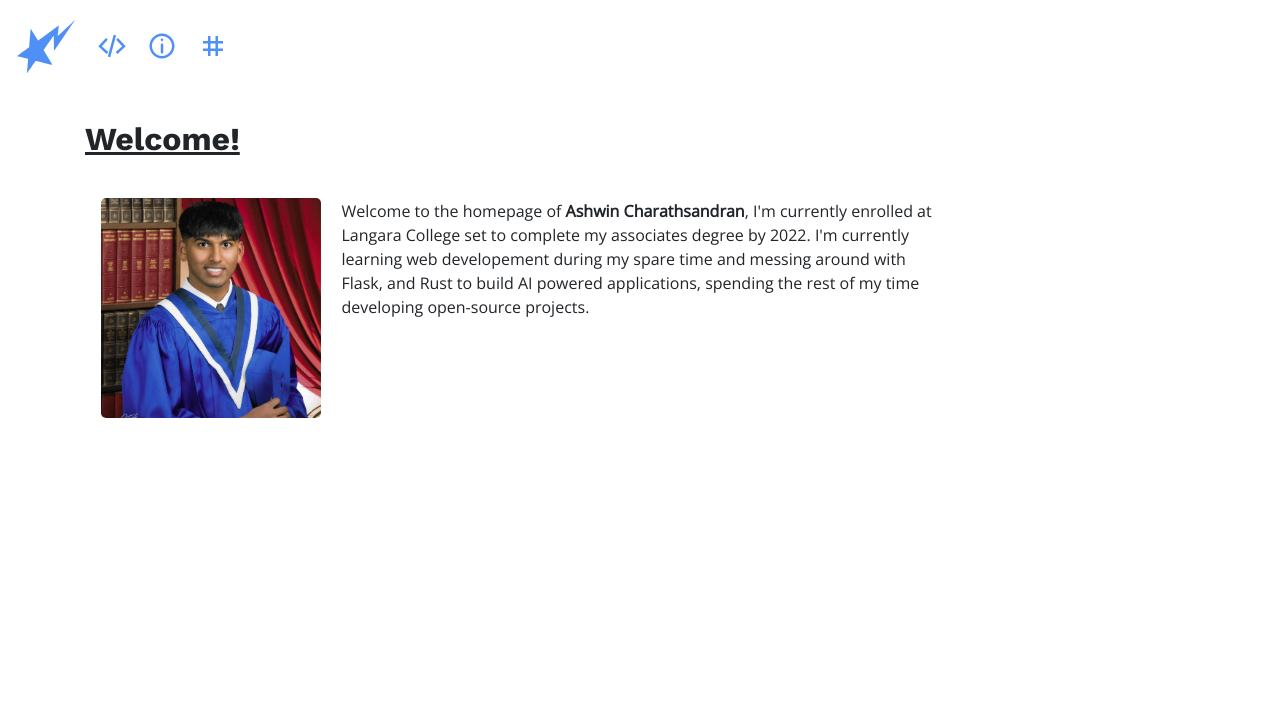
Repository: xxiz/ashwin.lol_flask
Page: http://localhost/
These files come from the project's save history. The page is drawn as it stood at one moment and after a run of saves; the edit follows.
The browser window is 1280 px wide. The pictures show the whole page.
The page is served by the project's application, run on Flask 3 (app.py).

Above is the page before, as saved 2021-09-03 07:03:05.

### templates/index.html
{% extends 'base.html'%}
{% block content %}
<br>
    <h1>Welcome!</h1>
    <img class="me" src="/static/me.jpg" alt="A picture of myself">
    <p class="confined">Welcome to the homepage of <b>Ashwin Charathsandran</b>, I'm currently enrolled at Langara College set to complete my associates degree by 2022. I'm currently learning web developement during my spare time and messing around with Flask, and Rust to build AI powered applications, spending the rest of my time developing open-source projects.</p>
    <div class="row">
    {% for project in sample_projects %}
    <div class="col-sm-6">
      <div class="card">
        <div class="card-body">
          <h5 class="card-title">{{ project.title }}</h5>
          <p class="card-text">{{ project.description }}</p>
          <a href="#" class="btn btn-primary">{{ project.image_url }}</a>
        </div>
      </div>
    </div>
    {% endfor %}
    </div>
{% endblock %}

### templates/base.html
<!DOCTYPE html>
<html lang="en">
<head>
    <meta charset="UTF-8">
    <meta http-equiv="X-UA-Compatible" content="IE=edge">
    <meta name="viewport" content="width=device-width, initial-scale=1.0">
    <meta name="viewport" content="width=device-width, initial-scale=1">
    <link rel="stylesheet" href="https://stackpath.bootstrapcdn.com/bootstrap/4.1.3/css/bootstrap.min.css" integrity="sha384-MCw98/SFnGE8fJT3GXwEOngsV7Zt27NXFoaoApmYm81iuXoPkFOJwJ8ERdknLPMO" crossorigin="anonymous">
    <link href='https://css.gg/home-alt.css' rel='stylesheet'>
    <link rel="stylesheet" href="static/app.css">
    <title>{{ title }}</title>
</head>
<body>
  <header>
    <nav>
      <!-- SVG's provided by https://css.gg/ and https://www.pinterest.ca/pin/502432902151236766/
           these images are not mine and I simply modified them.
      -->
      <a class="logo" href="/">
        <svg id="svg" xmlns="http://www.w3.org/2000/svg" xmlns:xlink="http://www.w3.org/1999/xlink" viewBox="0, 0, 400,400"><g id="svgg"><path id="path0" d="M375.404 43.010 C 366.024 51.806,347.525 69.114,334.297 81.472 C 321.068 93.829,303.241 110.484,294.681 118.483 C 286.121 126.482,278.911 132.820,278.658 132.567 C 278.241 132.149,284.716 69.460,285.588 65.478 C 285.791 64.550,285.639 63.790,285.251 63.790 C 284.648 63.790,260.992 80.890,237.523 98.291 C 227.623 105.631,148.371 163.243,147.334 163.854 C 146.751 164.197,138.491 151.049,123.021 125.151 C 98.113 83.455,97.570 82.612,97.546 85.580 C 97.537 86.597,97.035 93.171,96.430 100.188 C 95.824 107.205,94.649 121.220,93.817 131.332 C 92.986 141.445,91.633 157.655,90.811 167.355 C 89.989 177.054,88.915 190.160,88.425 196.477 C 87.935 202.795,87.173 208.400,86.731 208.934 C 85.375 210.573,15.246 261.837,10.457 264.690 C 7.982 266.164,6.052 267.463,6.168 267.576 C 6.284 267.690,11.276 268.981,17.261 270.446 C 58.961 280.654,79.884 285.969,80.349 286.471 C 80.645 286.792,79.104 308.161,76.923 333.959 C 74.743 359.756,73.037 380.949,73.132 381.055 C 73.227 381.161,86.102 363.134,101.743 340.997 C 117.384 318.859,130.527 300.273,130.950 299.695 C 131.591 298.819,138.848 300.405,174.490 309.212 C 232.789 323.618,241.800 325.782,242.458 325.539 C 242.770 325.423,229.838 303.377,213.719 276.548 C 197.601 249.719,184.258 227.206,184.069 226.520 C 183.768 225.431,245.875 136.802,249.908 132.565 C 251.796 130.581,252.035 135.511,252.617 188.555 C 252.883 212.805,253.310 232.629,253.567 232.609 C 253.824 232.589,259.323 224.737,265.789 215.160 C 272.254 205.584,296.196 170.394,318.994 136.961 C 341.791 103.527,364.809 69.756,370.144 61.914 C 375.479 54.071,383.015 43.011,386.889 37.336 C 390.764 31.660,393.603 27.017,393.197 27.017 C 392.792 27.017,384.785 34.214,375.404 43.010 " stroke="none" fill="#4f90f7" fill-rule="evenodd"></path></g></svg></a>
      <a href="/projects"><?xml version="1.0" encoding="UTF-8"?><svg viewBox="0 0 24 24" xmlns="http://www.w3.org/2000/svg"><path d="m13.325 3.0501-4.6576 17.382 1.9319 0.5176 4.6575-17.382-1.9318-0.51764z" fill="currentColor"/><path d="m7.612 18.361 1.3594-1.4484-5e-4 -0.0191-5.0943-4.7812 4.7904-5.1041-1.4583-1.3687-6.1591 6.5624 6.5624 6.1591z" fill="currentColor"/><path d="m16.388 18.361-1.3594-1.4484 5e-4 -0.0191 5.0943-4.7812-4.7904-5.1041 1.4583-1.3687 6.1591 6.5624-6.5624 6.1591z" fill="currentColor"/></svg></a>
      <a href=""><?xml version="1.0" encoding="UTF-8"?><svg viewBox="0 0 24 24" xmlns="http://www.w3.org/2000/svg"><path d="m11 10.979c0-0.5523 0.4477-1 1-1s1 0.44773 1 1v6c0 0.5523-0.4477 1-1 1s-1-0.4477-1-1v-6z" fill="currentColor"/><path d="m12 6.0512c-0.5523 0-1 0.44771-1 1 0 0.55228 0.4477 1 1 1s1-0.44772 1-1c0-0.55229-0.4477-1-1-1z" fill="currentColor"/><path d="m12 2c-5.5228 0-10 4.4772-10 10 0 5.5228 4.4772 10 10 10 5.5228 0 10-4.4772 10-10 0-5.5228-4.4772-10-10-10zm-8 10c0 4.4183 3.5817 8 8 8 4.4183 0 8-3.5817 8-8 0-4.4183-3.5817-8-8-8-4.4183 0-8 3.5817-8 8z" clip-rule="evenodd" fill="currentColor" fill-rule="evenodd"/></svg></a>
      <a href=""><?xml version="1.0" encoding="UTF-8"?><svg fill="none" viewBox="0 0 24 24" xmlns="http://www.w3.org/2000/svg"><path d="m8 4v4h-4v2h4v4h-4v2h4v4h2v-4h4v4h2v-4h4v-2h-4v-4h4v-2h-4v-4h-2v4h-4v-4h-2zm6 10v-4h-4v4h4z" clip-rule="evenodd" fill="currentColor" fill-rule="evenodd"/></svg></a>
    </nav>
  </header>
  <main>
    <div class="container">
      {% block content %} {% endblock %}
  </div>
  </main>
    <script src="https://code.jquery.com/jquery-3.3.1.slim.min.js" integrity="sha384-q8i/X+965DzO0rT7abK41JStQIAqVgRVzpbzo5smXKp4YfRvH+8abtTE1Pi6jizo" crossorigin="anonymous"></script>
    <script src="https://cdnjs.cloudflare.com/ajax/libs/popper.js/1.14.3/umd/popper.min.js" integrity="sha384-ZMP7rVo3mIykV+2+9J3UJ46jBk0WLaUAdn689aCwoqbBJiSnjAK/l8WvCWPIPm49" crossorigin="anonymous"></script>
    <script src="https://stackpath.bootstrapcdn.com/bootstrap/4.1.3/js/bootstrap.min.js" integrity="sha384-ChfqqxuZUCnJSK3+MXmPNIyE6ZbWh2IMqE241rYiqJxyMiZ6OW/JmZQ5stwEULTy" crossorigin="anonymous"></script>
</body>
</html>

### app.py
from flask import Flask, request
from web.content import index_page, projects_page
web = Flask(__name__)
web.config['SQLALCHEMY_TRACK_MODIFICATIONS'] = False

@web.route('/')
def index():
    return index_page()

@web.route('/projects')
def projects():
    return projects_page()

### web/content.py
from flask import render_template
import json

# Page Content
prefix = "Ashwin Charathsandran — "

# Meta Tags
preview_message = ""
preview_title = ""
preview_image = ""

with open('web/projects.json', 'r') as file:
    projects = json.load(file)

def index_page():
    return render_template('index.html',
    title = prefix + "Welcome!",
    preview_title = preview_title,
    preview_image = preview_image,
    preview_message = preview_message)

def projects_page():
    return render_template('projects.html',
    title = prefix + "Projects",
    items = projects,
    preview_title = preview_title,
    preview_image = preview_image,
    preview_message = preview_message)

### web/projects.json
[
        {
            "title": "Vernon",
            "description": "Quality-focused reboot composite",
            "image_url": "http://placeimg.com/640/480"
        },
        {
            "title": "Nolan",
            "description": "Multi-layered firmware",
            "image_url": "http://placeimg.com/640/480"
        },
        {
            "title": "Reyes",
            "description": "array national",
            "image_url": "http://placeimg.com/640/480"
        }
]

### static/app.css
@import url('https://fonts.googleapis.com/css2?family=Work+Sans:wght@400;700&display=swap');
@import url('https://fonts.googleapis.com/css2?family=Open+Sans&display=swap');

:root {
    --blue: #4f90f7;
    --red: #d93434;
}

h1 {
    font-family: 'Work Sans', sans-serif;
    font-weight: 700;
    padding-bottom: 0.5em; padding-top: 0.5em;
    text-decoration: underline;
    font-size: 32px;
}

p {
    font-family: 'Open Sans', sans-serif;
    font-weight: 400;
}

.confined {
    max-width: 600px;
    display: inline-block;
}

.me {
    display: inline-flexbox;
    max-width: 220px;
    border-radius: 5px;
    margin: 1em;
}

@media only screen and (max-width: 500px) {
    .me {
        max-width: 90%;
    }
}

a {
    text-decoration: none;
    color: var(--blue);
}

a:hover {
    animation: hover-effect 1s infinite linear;
}

.card {
    margin-bottom: 1.5em;
}

.description {
    padding-bottom: 0.5em;
    font-size: 18px;
}
nav {
    padding: 1em;
    overflow: hidden;
    position: fixed;
    top: 0;
    width: 100%;
}

nav a svg {
    width: 30px;
}

.navbar-logo {
    margin-right: 50px;
    width: 60px;
}

.nav-item {
    font-weight: 700;
}
main {
    padding-top: 80px;
}

.logo svg {
    width: 60px;
}

nav a  {
    padding-right: 1em;
}
@keyframes hover-effect {
    0% {
        color: var(--blue);
    }
    50% {
        color: var(--red);

    }
    100% {
        color: var(--blue);
    }
}

After the next 2 saves:
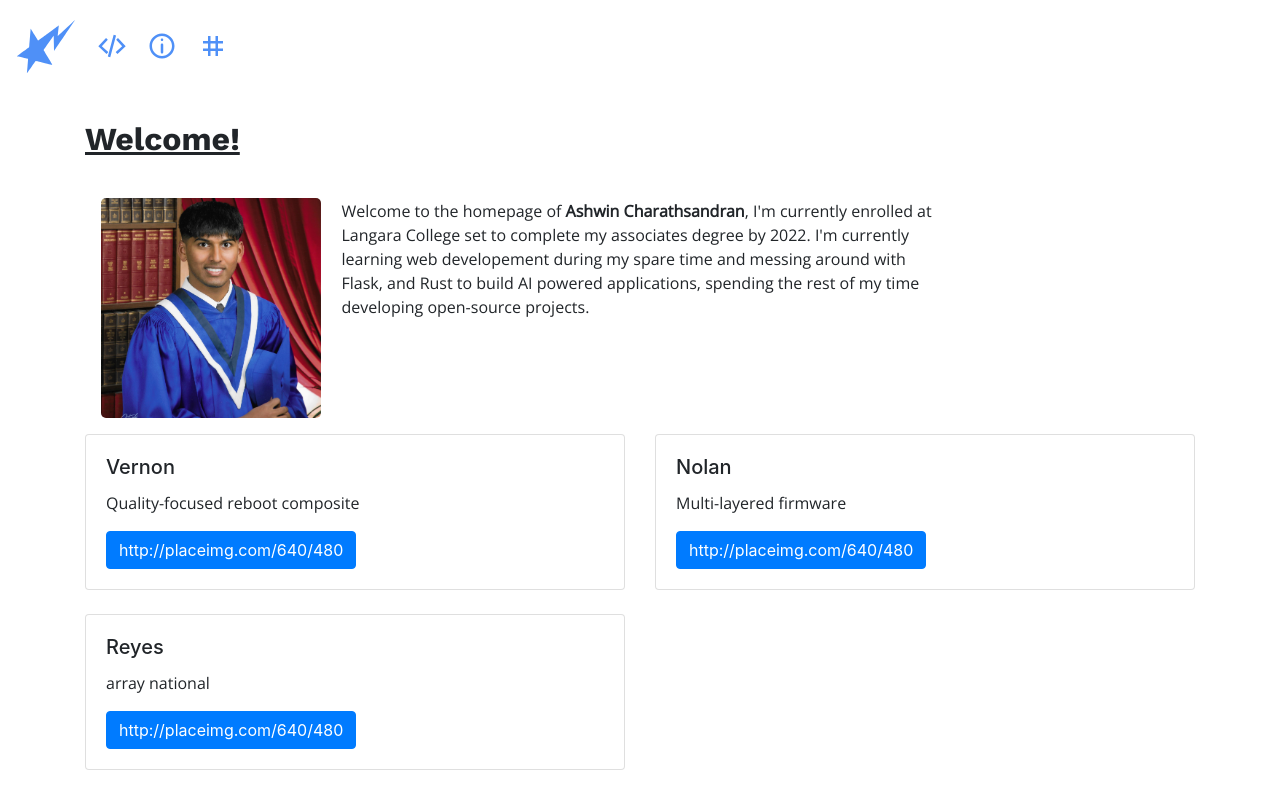
The 2 saves are shown as one change because 1 did not build or start.
The last was saved 40 s later.
--- a/web/content.py
+++ b/web/content.py
@@ -15,6 +15,7 @@ with open('web/projects.json', 'r') as file:
 def index_page():
     return render_template('index.html',
     title = prefix + "Welcome!",
+    sample_projects = projects[0:3],
     preview_title = preview_title,
     preview_image = preview_image,
     preview_message = preview_message)
